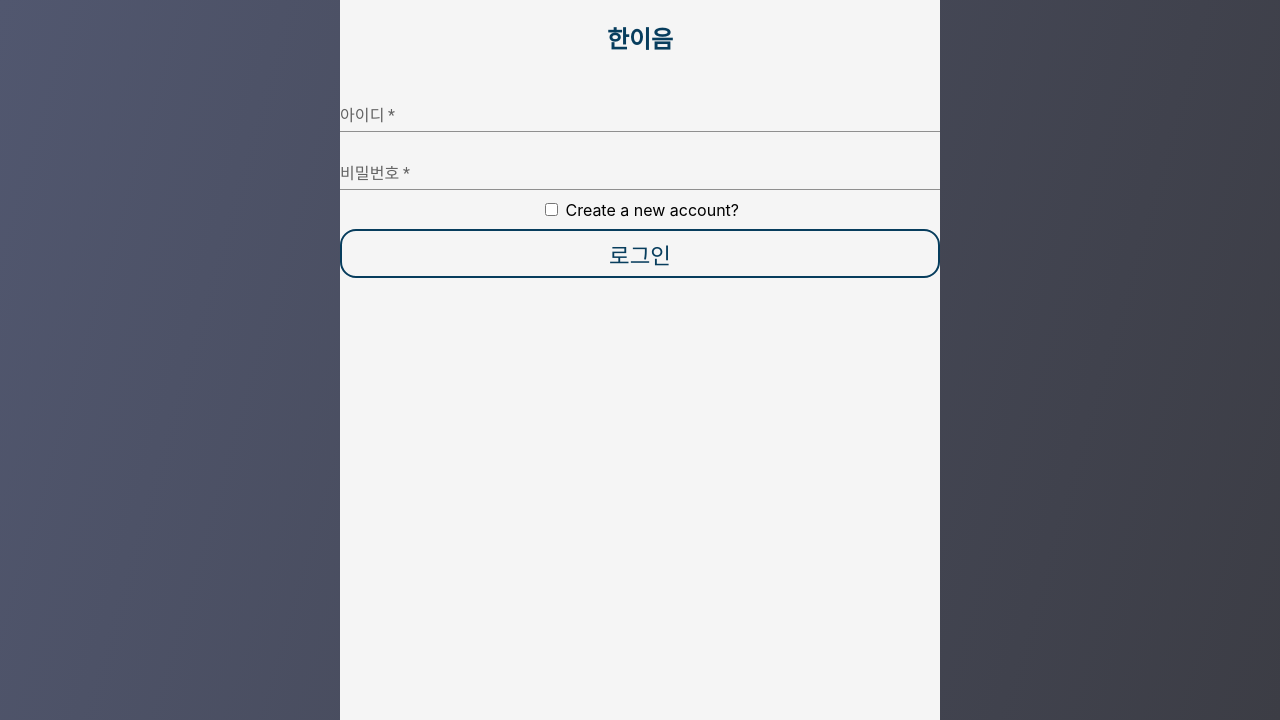
Repository: SeungYn/hanium
Page: /
These files come from the project's save history. The page is drawn as it stood at one moment and after the next save; the edit follows.
The browser window is 1280 px wide. The pictures show the whole page.
The project was rebuilt for these pictures with package versions that can differ from the ones it lists, and the page was loaded fresh each time. Also part of the build but not shown: src/App.css, src/components/ReadPopup/ReadPopup.module.css, src/components/ReadPopup/ReadPopup.jsx.

Above is the page before, as saved 2022-10-27 20:42:33.

### src/index.css
:root {
  --color-darkBlue: #073d5d;
  --color-main: #42a5f5;
  --color-bg-dark: #f5f5f5;
  --color-bg: #fdfffd;
  --color-font: #073d5d;
  --color-accent: #073d5d;
  --color-font-accent: white;
  --color-error-bg: rgba(173, 173, 173, 0.401);
  --color-popup-bg: white;
  /* 사이즈 */
  --font-size-medium: 1.4rem;
  --font-size-small: 1rem;
}

* {
  box-sizing: border-box;
}

html,
body {
  height: 100%;
  width: 100%;
  margin: 0;
  background: rgb(81, 87, 111);
  background: linear-gradient(
    106deg,
    rgba(81, 87, 111, 1) 0%,
    rgba(60, 61, 69, 1) 100%
  );
  accent-color: var(--color-accent);
}
a {
  text-decoration: none;
  color: var(--color-font);
}
ul {
  padding: 0;
  margin: 0;
  list-style: none;
}
#root {
  height: 100%;
  width: 100%;
  max-width: 600px;
  background-color: var(--color-bg-dark);
  margin: auto;
  display: flex;
  flex-direction: column;
  position: relative;
}

button {
  cursor: pointer;
}
body {
  margin: 0;
  font-family: -apple-system, BlinkMacSystemFont, 'Segoe UI', 'Roboto', 'Oxygen',
    'Ubuntu', 'Cantarell', 'Fira Sans', 'Droid Sans', 'Helvetica Neue',
    sans-serif;
  -webkit-font-smoothing: antialiased;
  -moz-osx-font-smoothing: grayscale;
}

code {
  font-family: source-code-pro, Menlo, Monaco, Consolas, 'Courier New',
    monospace;
}

### src/context/AuthContext.jsx
import {
  createContext,
  createRef,
  useCallback,
  useContext,
  useEffect,
  useImperativeHandle,
  useMemo,
  useState,
} from 'react';
import ReadPopup from '../components/ReadPopup/ReadPopup';

import Login from '../pages/login/Login';

const AuthContext = createContext({});

const contextRef = createRef();

export function AuthProvider({
  authService,
  authErrorEventBus,
  children,
  tokenStorage,
}) {
  const [user, setUser] = useState(null);
  const [error, setError] = useState(null);

  const context = useMemo(() => ({}), []);

  const onLogin = async ({ loginId, password }) => {
    await authService
      .headerTokenLogin(loginId, password)
      .then((data) => {
        console.log(data);
        tokenStorage.saveUser({
          memberId: data.memberId,
          nickname: data.nickname,
        });
        setUser({ memberId: data.memberId, nickName: data.nickname });
        console.log(tokenStorage.getUser());
        return;
      })
      .catch((error) => {
        setError(error);
      });
  };

  const logout = useCallback(
    async () =>
      await authService.logout().then(() => {
        setUser(undefined);
      }),
    [authService]
  );

  useEffect(() => {
    authErrorEventBus.listen((err) => {
      console.log('err');
      console.log(err);
      setError(err);
      setUser(undefined);
      authService.logout();
    });
  }, [authErrorEventBus]);

  useEffect(() => {
    if (tokenStorage.getUser()) {
      setUser({ ...tokenStorage.getUser() });

      //nav('/');
    }

    //setUser({ token: localStorage.getItem('TOKEN') });
  }, []);

  return (
    <AuthContext.Provider value={context}>
      {user ? (
        children
      ) : (
        <>
          {error && (
            <ReadPopup content={error} onHandler={setError} type={'error'} />
          )}
          <Login authService={authService} onLogin={onLogin} />
        </>
      )}
    </AuthContext.Provider>
  );
}

export class AuthErrorEventBus {
  listen(callback) {
    this.callback = callback;
  }
  notify(error) {
    this.callback(error);
  }
}

export default AuthContext;
export const fetchToken = () => contextRef.current;
export const useAuth = () => useContext(AuthContext);

### src/db/token.js
const TOKEN = 'token';
const USER = 'user';
const USERNICKNAME = 'userNickName';
export default class TokenStorage {
  saveToken(token) {
    localStorage.setItem(TOKEN, token);
  }

  getToken() {
    return localStorage.getItem(TOKEN);
  }

  saveUser(user) {
    console.log(user);
    localStorage.setItem(USER, JSON.stringify(user));
    console.log(localStorage.getItem(USER));
  }

  getUser() {
    return JSON.parse(localStorage.getItem(USER));
  }

  clearToken() {
    console.log('토큰삭제');
    localStorage.clear(TOKEN);
  }
  clearUser() {
    console.log('유저삭제');
    localStorage.clear(USER);
  }
}

### src/pages/login/Login.jsx
import React, { useCallback, useEffect, useState } from 'react';
import styles from './Login.module.css';

import FormControlLabel from '@mui/material/FormControlLabel';
import TextField from '@mui/material/TextField';
import Radio from '@mui/material/Radio';
import RadioGroup from '@mui/material/RadioGroup';
import FormLabel from '@mui/material/FormLabel';
import Select from '@mui/material/Select';
import InputLabel from '@mui/material/InputLabel';
import MenuItem from '@mui/material/MenuItem';
import { InputAdornment } from '@mui/material';
//import { Button } from '@mui/material';
import CheckIcon from '@mui/icons-material/Check';

export default function Login({ authService, onLogin }) {
  const [signup, setSignup] = useState(false);
  const [signForm, setSignForm] = useState({ ...initiallzationSignForm });
  const [loginId, setLoginId] = useState('');
  const [nickname, setNickname] = useState('');
  const [verificationError, setVerificationError] = useState({
    loginIdError: false,
    duplicateError: false,
    nickDuplicateError: false,
    passwordVerificationError: false,
  });
  const [emailVerification, setEmailVerification] = useState(false);
  const [
    authenticationNumberVerification,
    setAuthenticationNumberVerification,
  ] = useState(false);
  const [authenticationNumber, setAuthenticationNumber] = useState(undefined);
  const [authenicationAtivation, setAuthenicationAtivation] = useState(false);

  const onChange = useCallback(
    (event) => {
      const {
        target: { name, value, checked },
      } = event;

      switch (name) {
        case 'nickname':
          setNickname(value);
          return setSignForm((f) => ({ ...f, nickname: value }));
        case 'loginId':
          setLoginId(value);
          return setSignForm((f) => ({ ...f, loginId: value }));
        case 'password':
          return setSignForm((f) => ({ ...f, password: value }));
        case 'passwordVerification':
          setSignForm((f) => ({ ...f, passwordVerification: value }));

          if (value !== signForm.password) {
            return setVerificationError((e) => ({
              ...e,
              passwordVerificationError: true,
            }));
          } else {
            return setVerificationError((e) => ({
              ...e,
              passwordVerificationError: false,
            }));
          }

        case 'sex':
          return setSignForm((f) => ({ ...f, sex: value }));
        case 'email':
          setSignForm((f) => ({ ...f, email: value }));
          emailValidation(value)
            ? setEmailVerification(true)
            : setEmailVerification(false);
          return;

        case 'university':
          return setSignForm((f) => ({ ...f, university: value }));
        case 'dept':
          return setSignForm((f) => ({ ...f, dept: value }));
        case 'sno':
          return setSignForm((f) => ({ ...f, sno: value }));
        case 'authenticationNumber':
          return setAuthenticationNumber(value);
        case 'signup':
          setSignForm({ ...initiallzationSignForm });
          setVerificationError({
            loginIdError: false,
            duplicateError: false,
            nickDuplicateError: false,
            passwordVerificationError: false,
          });
          return setSignup(checked);
        default:
      }
    },
    [signForm]
  );

  const submit = (e) => {
    e.preventDefault();
    if (signup) {
      const {
        loginIdError,
        duplicateError,
        passwordVerificationError,
        nickDuplicateError,
      } = signForm;
      if (
        loginIdError ||
        duplicateError ||
        passwordVerificationError ||
        !authenticationNumberVerification ||
        nickDuplicateError
      ) {
        return;
      } else {
        setSignForm({ ...initiallzationSignForm });
        authService.signup(signForm).then(console.log);
        setSignup(false);
      }
    } else {
      onLogin(signForm);
    }
  };

  //인증번호 입력칸 활성화 및 이메일로 인증번호 받기
  const handleAuthenticationAtivate = () => {
    setAuthenicationAtivation(true);
    authService.getEmailAuthenticationNumber(signForm.email);
  };

  const handleAuthenticationNumberVerification = () => {
    authService
      .authenticationNumberVerification(authenticationNumber) //
      .then((data) => {
        console.log(data);
        data
          ? setAuthenticationNumberVerification(true)
          : setAuthenticationNumberVerification(false);
      });
  };

  useEffect(() => {
    if (!signup || signForm.loginId === '') return;
    const time = setTimeout(() => {
      if (signup) {
        authService
          .idDuplicateVerification(signForm.loginId)
          .then((result) => {
            return result
              ? setVerificationError((e) => {
                  console.log(123);
                  return { ...e, duplicateError: false };
                })
              : setVerificationError((e) => ({ ...e, duplicateError: true }));
          })
          .catch(console.log);
      }
    }, 1000);
    return () => {
      clearTimeout(time);
    };
  }, [loginId]);

  useEffect(() => {
    if (!signup || signForm.nickname === '') return;
    const time = setTimeout(() => {
      if (signup) {
        authService
          .nicknameDuplicateVerification(signForm.nickname)
          .then((result) => {
            console.log(result);
            return result
              ? setVerificationError((e) => ({
                  ...e,
                  nickDuplicateError: false,
                }))
              : setVerificationError((e) => ({
                  ...e,
                  nickDuplicateError: true,
                }));
          });
      }
    }, 1000);
    return () => {
      clearTimeout(time);
    };
  }, [nickname]);

  return (
    <section className={styles.container}>
      <h2 className={styles.authTitle}>{'한이음'}</h2>
      <form className={styles.authForm} onSubmit={submit}>
        <div className={styles.authForm__itemList}>
          <div className={styles.authForm__item}>
            <TextField
              name='loginId'
              required
              error={
                verificationError.loginIdError ||
                verificationError.duplicateError
              }
              helperText={
                verificationError.duplicateError
                  ? '아이디가 중복 되었습니다.'
                  : verificationError.loginIdError
                  ? '아이디나 비밀번호가 일치하지 않습니다.'
                  : ''
              }
              id='standard-required'
              label='아이디'
              variant='standard'
              value={signForm.loginId}
              onChange={onChange}
              type='text'
              fullWidth
            />
          </div>
          <div className={styles.authForm__item}>
            <TextField
              id='standard-password-input'
              name='password'
              value={signForm.password}
              label='비밀번호'
              onChange={onChange}
              variant='standard'
              type='password'
              fullWidth
              required
            />
          </div>

          {signup && (
            <div className={styles.authForm__item}>
              <TextField
                name='passwordVerification'
                required
                error={verificationError.passwordVerificationError}
                helperText={
                  verificationError.passwordVerificationError
                    ? '비밀번호가 일치하지 않습니다.'
                    : ''
                }
                label='비밀번호확인'
                variant='standard'
                value={signForm.passwordVerification}
                onChange={onChange}
                fullWidth
              />
            </div>
          )}
          {signup && (
            <div className={styles.authForm__item}>
              <TextField
                name='nickname'
                required
                error={verificationError.nickDuplicateError}
                helperText={
                  verificationError.nickDuplicateError
                    ? '닉네임이 중복 되었습니다.'
                    : ''
                }
                label='닉네임'
                variant='standard'
                value={signForm.nickname}
                onChange={onChange}
                fullWidth
              />
            </div>
          )}
          {signup && (
            <div className={styles.authForm__item}>
              <InputLabel id='university'>대학교</InputLabel>
              <Select
                labelId='university'
                name='university'
                value={signForm.university}
                onChange={onChange}
                fullWidth
                variant='standard'
              >
                <MenuItem value='한신대'>한신대</MenuItem>
              </Select>
            </div>
          )}
          {signup && (
            <div className={styles.authForm__emailGroup}>
              <TextField
                name='email'
                required
                label='이메일'
                type='email'
                variant='standard'
                value={signForm.email}
                onChange={onChange}
                fullWidth
              />
              <button
                type='button'
                className={styles.emailBtn}
                disabled={!emailVerification}
                onClick={handleAuthenticationAtivate}
              >
                인증번호
              </button>
            </div>
          )}
          {signup && authenicationAtivation && (
            <div className={styles.authForm__emailGroup}>
              <TextField
                InputProps={{
                  startAdornment: (
                    <InputAdornment position='start'>
                      <CheckIcon
                        color={
                          authenticationNumberVerification ? 'success' : 'error'
                        }
                      />
                    </InputAdornment>
                  ),
                }}
                error={!authenticationNumberVerification}
                id='standard-number-input'
                name='authenticationNumber'
                value={signForm.authenticationNumber}
                label='인증번호'
                onChange={onChange}
                variant='standard'
                type='text'
                fullWidth
                required
              />
              <button
                type='button'
                className={styles.emailBtn}
                disabled={authenticationNumberVerification}
                onClick={handleAuthenticationNumberVerification}
              >
                확인
              </button>
            </div>
          )}

          {signup && (
            <div className={styles.authForm__item}>
              <TextField
                name='dept'
                required
                label='학과'
                type='text'
                variant='standard'
                value={signForm.dept}
                onChange={onChange}
                fullWidth
              />
            </div>
          )}
          {signup && (
            <div className={styles.sno_gender}>
              <div className={styles.authForm__item}>
                <InputLabel id='sno'>학번</InputLabel>
                <Select
                  labelId='sno'
                  name='sno'
                  value={signForm.sno}
                  onChange={onChange}
                  fullWidth
                  variant='standard'
                >
                  <MenuItem value='17'>17</MenuItem>
                  <MenuItem value='18'>18</MenuItem>
                  <MenuItem value='19'>19</MenuItem>
                  <MenuItem value='20'>20</MenuItem>
                  <MenuItem value='21'>21</MenuItem>
                  <MenuItem value='22'>22</MenuItem>
                  <MenuItem value='23'>23</MenuItem>
                </Select>
              </div>
              <div className={styles.gender__container}>
                <FormLabel id='demo-controlled-radio-buttons-group'>
                  성별
                </FormLabel>
                <RadioGroup
                  row
                  aria-labelledby='demo-controlled-radio-buttons-group'
                  name='sex'
                  value={signForm.sex}
                  onChange={onChange}
                >
                  <div className={styles.groupItems}>
                    <FormControlLabel
                      value='FEMALE'
                      control={<Radio />}
                      label='Female'
                      checked={signForm.sex === 'FEMALE'}
                    />
                    <FormControlLabel
                      value='MALE'
                      control={<Radio />}
                      label='Male'
                    />
                  </div>
                </RadioGroup>
              </div>
            </div>
          )}
        </div>
        <div className={styles.form_signup}>
          <input
            name='signup'
            id='signup'
            type='checkbox'
            onChange={onChange}
            checked={signup}
          />
          <label htmlFor='signup'> Create a new account?</label>
        </div>
        <button className={styles.auth_btn} type='submit'>
          {signup ? '회원가입' : '로그인'}
        </button>
      </form>
    </section>
  );
}

const initiallzationSignForm = {
  loginId: '',
  nickname: '',
  password: '',
  passwordVerification: '',
  sex: 'FEMALE',
  email: '',
  university: '',
  dept: '',
  sno: '',
};

//이메일 정규 표현식
function emailValidation(email) {
  const reg =
    // eslint-disable-next-line
    /^[0-9a-zA-Z]([-_\.]?[0-9a-zA-Z])*@[0-9a-zA-Z]([-_\.]?[0-9a-zA-Z])*\.[a-zA-Z]{2,3}$/;
  return reg.test(email);
}

### src/pages/login/Login.module.css
button {
  outline: none;
  border: none;
  color: var(--color-font);
  border: 2px solid var(--color-font);
  padding: 0.4rem 0;
  background-color: transparent;
  border-radius: 1rem;
}

button:hover {
  background-color: var(--color-accent);
  color: var(--color-font-accent);
}

.container {
  display: flex;
  flex-direction: column;
  overflow-y: auto;
  align-items: center;
  width: 100%;
}
.authTitle {
  width: 100%;
  text-align: center;
  color: var(--color-font);
}
.authForm {
  width: 100%;
}

.authForm__itemList .authForm__item,
.authForm__itemList .authForm__emailGroup {
  margin-top: 0.6rem;
}

.authForm__emailGroup {
  display: flex;
}

.emailBtn {
  flex: 0 0 20%;
  font-size: var(--font-size-small);
}

label[for='signup'] {
  cursor: pointer;
}

.form_signup {
  margin-top: 0.6rem;
  text-align: center;
}

.auth_btn {
  margin-top: 0.6rem;
  width: 100%;
  font-size: var(--font-size-medium);
  outline: none;
  border: none;
  color: var(--color-font);
  border: 2px solid var(--color-font);
  padding: 0.4rem 0;
  background-color: transparent;
  border-radius: 1rem;
}

.auth_btn:hover {
  background-color: var(--color-accent);
  color: var(--color-font-accent);
}

### src/App.js
import { useCallback } from 'react';
import { createBrowserRouter, RouterProvider } from 'react-router-dom';
import './App.css';
import FirstPage from './pages/firstPage/FirstPage';
import Root from './pages/Root';

// const router = createBrowserRouter([
//   {
//     path: '/',
//     element: <Root />,
//     children: [],
//   },
// ]);

function App({ authService }) {
  const router = useCallback(
    createBrowserRouter([
      {
        path: '/',
        element: <Root />,
        children: [
          { index: true, element: <FirstPage authService={authService} /> },
        ],
      },
    ]),
    [authService]
  );
  return <RouterProvider router={router} />;
}

export default App;

### src/pages/firstPage/FirstPage.jsx
import React from 'react';

export default function FirstPage() {
  return <div>dd</div>;
}

### src/pages/Root.jsx
import React from 'react';
import { Outlet } from 'react-router-dom';
import Navbar from '../components/Navbar/Navbar';

export default function Root() {
  return (
    <>
      <Outlet />
      <Navbar />
    </>
  );
}

### src/components/Navbar/Navbar.jsx
import React, { useRef, useState } from 'react';
import { NavLink } from 'react-router-dom';
import styles from './Navbar.module.css';
import { AiOutlineHome } from 'react-icons/ai';
import { BsList, BsPerson } from 'react-icons/bs';
import { IoChatbubbleOutline } from 'react-icons/io5';
import { IconContext } from 'react-icons';

export default function Navbar() {
  //버튼 클릭시 넷바 위로 나타내기
  const navMenuRef = useRef();
  const btnRef = useRef();
  const [navToggle, setNavToggle] = useState(false);
  const handleBtn = (e) => {
    setNavToggle((t) => {
      if (t) btnRef.current.style.transform = 'rotate(0deg)';
      else btnRef.current.style.transform = 'rotate(30deg)';

      return !t;
    });

    console.log(e);
    const contents = [
      { path: '/', name: '홈', iconComponent: <AiOutlineHome /> },
      { path: '/group', name: '그룹', iconComponent: <BsList /> },
      { path: '/myGroup', name: '내 그룹', iconComponent: <BsList /> },
      { path: '/trade', name: '장터', iconComponent: <BsList /> },
    ];
  };

  const test = <BsList />;
  console.log(navToggle ? styles.navAppear : styles.navDisappear);
  return (
    <nav className={styles.nav}>
      <IconContext.Provider value={{ className: styles.reactIcon }}>
        <div
          ref={navMenuRef}
          className={`${styles.navMenu} ${
            navToggle ? styles.navAppear : styles.navDisappear
          }`}
        >
          <NavLink
            to='/'
            className={({ isActive }) =>
              isActive
                ? `${styles.active} ${styles.link}`
                : `${styles.unactive} ${styles.link}`
            }
          >
            <AiOutlineHome />
            <span className={styles.text}>홈</span>
          </NavLink>

          <NavLink
            to='/1'
            className={({ isActive }) =>
              isActive
                ? `${styles.active} ${styles.link}`
                : `${styles.unactive} ${styles.link}`
            }
          >
            <BsList />

            <span className={styles.text}>미정</span>
          </NavLink>

          <NavLink
            to='/2'
            className={({ isActive }) =>
              isActive
                ? `${styles.active} ${styles.link}`
                : `${styles.unactive} ${styles.link}`
            }
          >
            <IoChatbubbleOutline />
            <span className={styles.text}>그룹 채팅</span>
          </NavLink>

          <NavLink
            to='/4'
            className={({ isActive }) =>
              isActive
                ? `${styles.active} ${styles.link}`
                : `${styles.unactive} ${styles.link}`
            }
          >
            <IoChatbubbleOutline />
            <span className={styles.text}>장터 채팅</span>
          </NavLink>

          <NavLink
            to='/3'
            className={({ isActive }) =>
              isActive
                ? `${styles.active} ${styles.link}`
                : `${styles.unactive} ${styles.link}`
            }
          >
            <BsPerson />
            <span className={styles.text}>내정보</span>
          </NavLink>
        </div>
      </IconContext.Provider>
      <button ref={btnRef} className={styles.btn} onClick={handleBtn}>
        <BsList />
      </button>
    </nav>
  );
}

### src/components/Navbar/Navbar.module.css
.nav {
  position: absolute;
  bottom: 1rem;
  right: 1rem;
  font-size: var(--font-size-medium);
  text-align: center;
  display: flex;
  flex-direction: column;
  justify-content: end;

  align-items: center;
  height: 50%;
}

.link {
  display: flex;
  align-items: center;
}

.link:hover {
  color: var(--color-font-accent);
  background-color: var(--color-accent);
}

.navMenu {
  /* opacity: 0;
  pointer-events: none;
  transition: all 0.1s ease-out; */

  transition: height 0.3s ease-in;
  overflow: hidden;
  height: 0%;
  display: flex;
  flex-direction: column;
  justify-content: end;
}

.navAppear {
  height: 100%;
}

.navDisappear {
  height: 0%;
}

.reactIcon {
  font-size: 4rem;
}

.btn {
  padding: 0;
  transition: all 0.1s ease-in;
  font-size: 3rem;
  display: flex;
  align-items: center;
  font-weight: bold;
}
.text {
  display: block;
  font-weight: bold;
  text-align: left;
}
.btn:hover {
}

/* @keyframes listUp {
  0% {
    height: 0%;
  }
  50% {
    height: 50%;
  }
  100% {
    height: 100%;
  }
} */

Loaded but not shown: public/index.html (common file); src/service/auth.js (168 lines, source omitted); src/network/http.js (65 lines, source omitted); src/index.js (28 lines, source omitted)

After the next save:
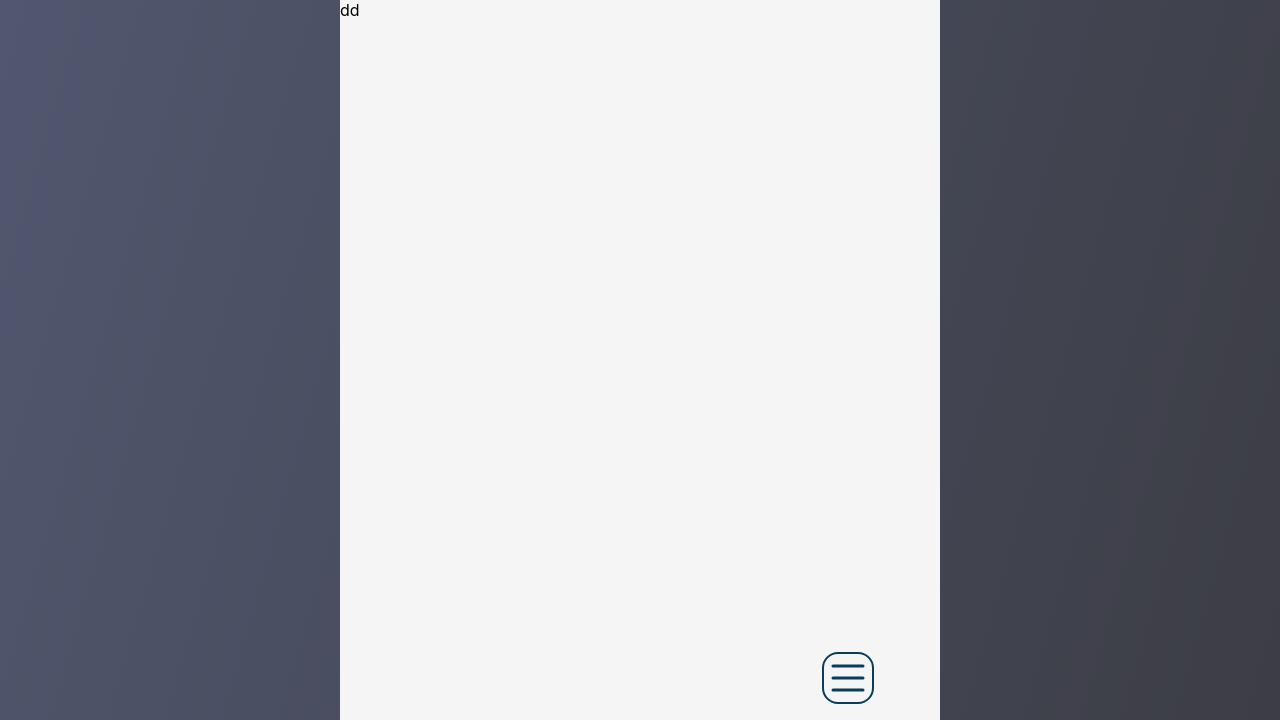
Saved 2 min 58 s later.
--- a/src/context/AuthContext.jsx
+++ b/src/context/AuthContext.jsx
@@ -22,7 +22,7 @@ export function AuthProvider({
   children,
   tokenStorage,
 }) {
-  const [user, setUser] = useState(null);
+  const [user, setUser] = useState(1);
   const [error, setError] = useState(null);
 
   const context = useMemo(() => ({}), []);
